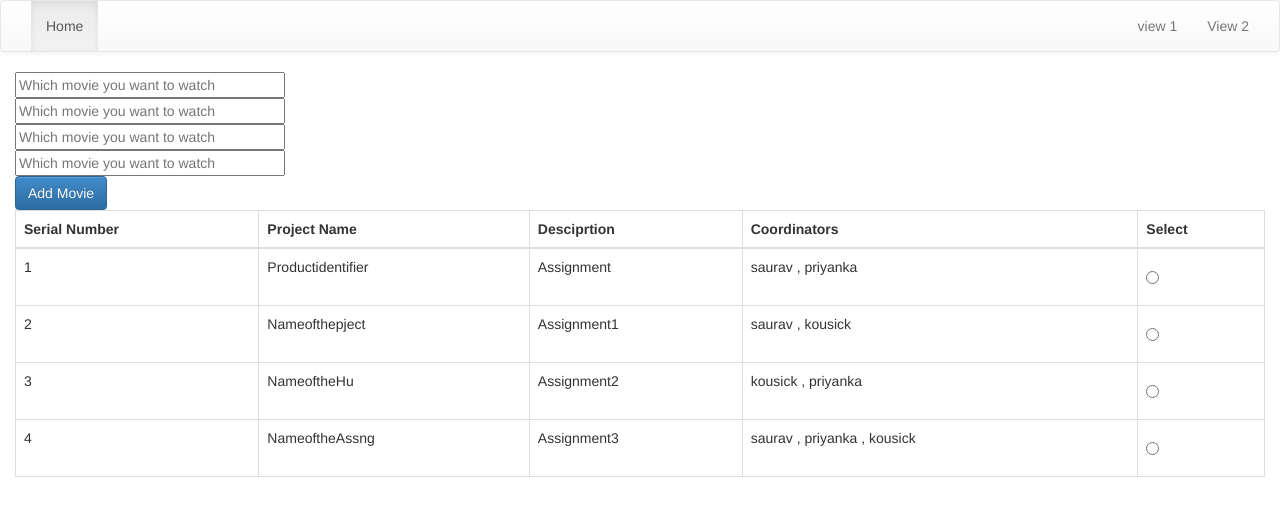
Repository: srvsngh200892/DO-IT-Seed
Page: DOIT/WebContent/app/index.html
An editor plug-in stored every save of this project. The page is shown before and after the next save, followed by the edit.
The browser window is 1280 px wide. The pictures show the whole page.

Above is the page before, as saved 2014-06-29 17:50:02.

### DOIT/WebContent/app/index.html
<!DOCTYPE html>
<!--[if lt IE 7]>      <html lang="en" ng-app="myApp" class="no-js lt-ie9 lt-ie8 lt-ie7"> <![endif]-->
<!--[if IE 7]>         <html lang="en" ng-app="myApp" class="no-js lt-ie9 lt-ie8"> <![endif]-->
<!--[if IE 8]>         <html lang="en" ng-app="myApp" class="no-js lt-ie9"> <![endif]-->
<!--[if gt IE 8]><!--> <html lang="en" ng-app="myApp" class="no-js"> <!--<![endif]-->
<head>
  <meta charset="utf-8">
  <meta http-equiv="X-UA-Compatible" content="IE=edge">
  <title>My AngularJS App</title>
  <meta name="description" content="">
  <meta name="viewport" content="width=device-width, initial-scale=1">
  <link rel="stylesheet" href="bower_components/html5-boilerplate/css/normalize.css">
  <link rel="stylesheet" href="bower_components/html5-boilerplate/css/main.css">
  <link rel="stylesheet" href="bower_components/bootstrap/dist/css/bootstrap.min.css">
  <link rel="stylesheet" href="bower_components/bootstrap/dist/css/bootstrap-theme.min.css">
  <link rel="stylesheet" href="css/app.css"/>
  <link rel="stylesheet" href="css/custom.css"/>
  <script src="bower_components/html5-boilerplate/js/vendor/modernizr-2.6.2.min.js"></script>
</head>
<body ng-app="myApp" class="gray-bg">
  <nav class="navbar navbar-default" role="navigation">
    <div class="container-fluid">
      <div class="navbar-header">
        <button type="button" class="navbar-toggle" data-toggle="collapse" data-target="#navbar">
          <span class="sr-only">Toggle navigation</span>
          <span class="icon-bar"></span>
          <span class="icon-bar"></span>
          <span class="icon-bar"></span>
        </button>
        <a class="navbar-brand" href="#"></a>
      </div>

      <!-- Collect the nav links, forms, and other content for toggling -->
      <div class="collapse navbar-collapse" id="navbar">
        <ul class="nav navbar-nav">
          <li class="active"><a href="#">Home</a></li>
        </ul>
        <ul class="nav navbar-nav navbar-right">
          <li><a href="#/view1">view 1</a></li>
          <li><a href="#/view2">View 2</a></li>
        </ul>
      </div><!-- /.navbar-collapse -->
    </div><!-- /.container-fluid -->
  </nav>

  <!--[if lt IE 7]>
      <p class="browsehappy">You are using an <strong>outdated</strong> browser. Please <a href="http://browsehappy.com/">upgrade your browser</a> to improve your experience.</p>
  <![endif]-->

  <!-- <div>Angular seed app: v<span app-version></span></div> -->
  <div ng-view></div>

  <!-- In production use:
  <script src="//ajax.googleapis.com/ajax/libs/angularjs/x.x.x/angular.min.js"></script>
  -->
  <script src="bower_components/angular/angular.js"></script>
  <script src="bower_components/angular-bootstrap/ui-bootstrap.min.js"></script>
  <script src="bower_components/angular-bootstrap/ui-bootstrap-tpls.min.js"></script>
  <script src="bower_components/angular-route/angular-route.js"></script>
  <script src="js/app.js"></script>
  <script src="js/services.js"></script>
  <script src="js/controllers.js"></script>
  <script src="js/filters.js"></script>
  <script src="js/directives.js"></script>

</body>
</html>

### DOIT/WebContent/app/css/custom.css
.borders{border:1px solid black;}
.shift{margin-left:30%;}
h3.liketext { color:#F00; display:inline;


 }
 .gap{margin-top:10px;}

### DOIT/WebContent/app/js/app.js
'use strict';


// Declare app level module which depends on filters, and services
angular.module('myApp', [
  'ngRoute',
  'myApp.filters',
  'myApp.services',
  'myApp.directives',
  'ui.bootstrap',
  'myApp.controllers'
]).
config(['$routeProvider', '$locationProvider', function($routeProvider, $locationProvider) {
  //$locationProvider.html5Mode(true);
  $routeProvider.when('/view1', {
      templateUrl: 'partials/view1.html',
      controller: 'ProjectDetails'
    }).
    when('/view1/:id', {
      templateUrl: 'partials/view2.html',
      controller: 'ProjectList'
    }).
    otherwise({
      redirectTo: '/view1'
    });
}]);

angular.module('myApp').constant('appSettings', {
  AppURI: 'http://127.0.0.1:9080/'
});

### DOIT/WebContent/app/js/controllers.js
'use strict';

/* Controllers */

angular.module('myApp.controllers', [])
  .controller('ProjectDetails', ['$scope','$modal', '$log', function($scope, $modal, $log) {
     $scope.projectlist = [
                           {
                               "id": 1,
                               "description": "Productidentifier",
                               "name": "Assignment",
                               "coordinators":['saurav','priyanka']
                           },
                           {
                               "description": "Nameofthepject",
                               "id": 2,
                               "name": "Assignment1",
                              "coordinators":['saurav','kousick']
                           },
                           {
                               "description": "NameoftheHu",
                               "id": 3,
                               "name": "Assignment2",
                            	"coordinators":["kousick","priyanka"]
                           },
                           {
                               "description": "NameoftheAssng",
                               "id": 4,
                               "name": "Assignment3",
                            	"coordinators":['saurav','priyanka','kousick',]
                           }
                       ];



    	    $scope.open = function () {

    	        $modal.open({
    	            templateUrl: 'myModalContent.html',
    	            backdrop: true,
    	            windowClass: 'modal',
    	            controller: function ($scope, $modalInstance, $log, projectlist) {
    	                $scope.projectlist = projectlist;

    	                $scope.submit = function () {


    	                    $log.log('Submiting user info.');
    	                    $log.log(projectlist);
    	                    $modalInstance.dismiss('cancel');
    	                };
    	                $scope.cancel = function () {
    	                    $modalInstance.dismiss('cancel');
    	                };
    	        	    $scope.addMovie = function () {
    	                 	 var newRole = new function() {
    	                          this.id  = $scope.id ;
    	                          this.coordinators    = [$scope.co];
    	                          this.name    = $scope.name;
    	                          this.description    = $scope.des;};

    	                      alert("test :"+newRole.id);


    	                      $scope.projectlist = $scope.projectlist.concat(newRole);


    	                 };

    	            },
    	            resolve: {
    	            	projectlist: function () {
    	                    return $scope.projectlist;
    	                }
    	            }
    	        });
    	    };









  }])
  .controller('ProjectList', ['$scope', '$routeParams',
                              function($scope, $routeParams)  {
    $scope.message = "Hello This message is from View 2";
    $scope.closedate = function ()
    {
        $scope.date = new Date();
    };



    $scope.projectlist1 = [
                          {
                              "id": 1,
                              "status_task":[{"description": "Productidentifier","status":"/img/complete.png","priority": "Showstopper","assign_to":"saurav","des":"sdsadcadsdsadsa","due_date":"20/5/2014",
                                  "created_date":"20/5/2014"},{"description": "Productidentifier","status":"/img/pending.jpg","priority": "High","des":"vdjajdsajhsjssajcvshacvcbsajbcascbdsa","due_date":"20/5/2014",
                                      "created_date":"20/5/2014","assign_to":"saurav"}],

                              "coordinators":[{"name":"priyanka","role":"Developer","img_url":"/img/priyanka.jpg"},{"name":"saurav","role":"Developer","img_url":"/img/boy.jpg"}],


                          },
                          {

                              "id": 2,
                              "status_task":[{"description": "Nameoftheprject","status":"/img/pending.jpg", "due_date":"20/5/2014",
                                  "created_date":"20/5/2014","priority": "Showstopper","des":"sdsadsadcnskcnsakcnsakcsaakc","assign_to":"saurav"},{"status":"/img/complete.png","priority": "Medium","des":"streteFBskncsakacnSJXSXdsadsa", "due_date":"20/5/2014",
                                      "created_date":"20/5/2014","description": "Nameofthepject","assign_to":"kosick"}],
                             "coordinators":[{"name":"kousick","role":"Developer","img_url":"/img/boy.jpg"},{"name":"saurav","role":"Developer","img_url":"/img/boy.jpg"}] ,


                          },
                          {

                              "id": 3,
                              "status_task":[{"description": "NameoftheHU","status":"/img/complete.png","priority": "Medium","assign_to":"priyanka","des":"sdsadsadckncksncskansaakcnsaaksdsadsa","due_date":"20/5/2014",
                                  "created_date":"20/5/2014"},{"description": "NameoftheHU","status":"/img/pending.jpg","des":"vcsjbxsajbxjsabxjsxbxsjxsjxbsjbxsdsadsa","due_date":"20/5/2014",
                                      "created_date":"20/5/2014","assign_to":"kosick","priority": "High"}],
                           	"coordinators":[{"name":"kousick","role":"Developer","img_url":"/img/boy.jpg"},{"name":"priyanka","role":"Developer","img_url":"/img/priyanka.jpg"}],

                          },
                          {

                              "id": 4,
                              "status_task":[{"description": "NameoftheAssng","status":"/img/pending.jpg","priority": "Showstopper","des":"sdsadncskcnskcsakcnascksacnsaksadsdsadsa","due_date":"20/5/2014",
                                  "created_date":"20/5/2014","assign_to":"priyanka"},{"description": "NameofAssn","status":"/img/pending.jpg","des":"sajcbsajcbsajcbsajsajcbsaajcbsawesadsa","due_date":"20/5/2014",
                                      "created_date":"20/5/2014","assign_to":"kosick","priority": "Medium"}],
                           	"coordinators":[{"name":"kousick","role":"Developer","img_url":"/img/boy.jpg"},{"name":"priyanka","role":"Developer","img_url":"/img/priyanka.jpg"},{"name":"saurav","role":"Developer","img_url":"/img/boy.jpg"}],
                           	"due_date":"20/5/2014",


                          }
                      ];
    for(var i = 0; i <  $scope.projectlist1.length; i++) {
        if($routeParams.id ==  $scope.projectlist1[i].id)
        	{
        $scope.projectdetails= $scope.projectlist1[i];


        	}
    }

    }]);

### DOIT/WebContent/app/partials/view1.html

<div class="container-fluid">
  <form ng-submit="addMovie();">
 <input type="text" ng-model="name" size="30" placeholder="Which movie you want to watch" /><br />
<input type="text" ng-model="id" size="30" placeholder="Which movie you want to watch" /><br />
<input type="text" ng-model="des" size="30" placeholder="Which movie you want to watch" /><br />
<input type="text" ng-model="co" size="30" placeholder="Which movie you want to watch" /><br />
<input type="submit" class="btn btn-primary" value="Add Movie">
</form>
	<div class="row">


		<div class="col-md-12">

			<table class="table table-bordered table-hover">
				<thead>
					<tr>
						<th>Serial Number</th>
						<th>Project Name</th>
						<th>Desciprtion</th>
						<th>Coordinators</th>
						<th>Select</th>
					</tr>
				</thead>
				<tbody>
					<tr ng-repeat="project in projectlist">
						<td>{{project.id}}</td>
						<td>{{project.description}}</td>
						<td>{{project.name}}</td>
						<td><span ng-repeat="coordinator in project.coordinators">
								{{coordinator}} <span ng-show="!$last">, </span>
						</span></td>
						<td><div class="radio">
								<label> <a href="#/view1/{{project.id}}"> <input
										type="radio" name="optionsRadios"></a>
								</label>
							</div></td>
					</tr>
				</tbody>
			</table>
		</div>

	</div>
</div>

Loaded but not shown: DOIT/WebContent/app/bower_components/html5-boilerplate/css/normalize.css (library); DOIT/WebContent/app/bower_components/html5-boilerplate/css/main.css (library); DOIT/WebContent/app/bower_components/bootstrap/dist/css/bootstrap.min.css (library); DOIT/WebContent/app/bower_components/bootstrap/dist/css/bootstrap-theme.min.css (library); DOIT/WebContent/app/css/app.css (common file); DOIT/WebContent/app/bower_components/html5-boilerplate/js/vendor/modernizr-2.6.2.min.js (library); DOIT/WebContent/app/bower_components/angular/angular.js (library); DOIT/WebContent/app/bower_components/angular-bootstrap/ui-bootstrap.min.js (library); DOIT/WebContent/app/bower_components/angular-bootstrap/ui-bootstrap-tpls.min.js (library); DOIT/WebContent/app/bower_components/angular-route/angular-route.js (library); DOIT/WebContent/app/js/services.js (common file); DOIT/WebContent/app/js/filters.js (common file); DOIT/WebContent/app/js/directives.js (common file)

After the next save:
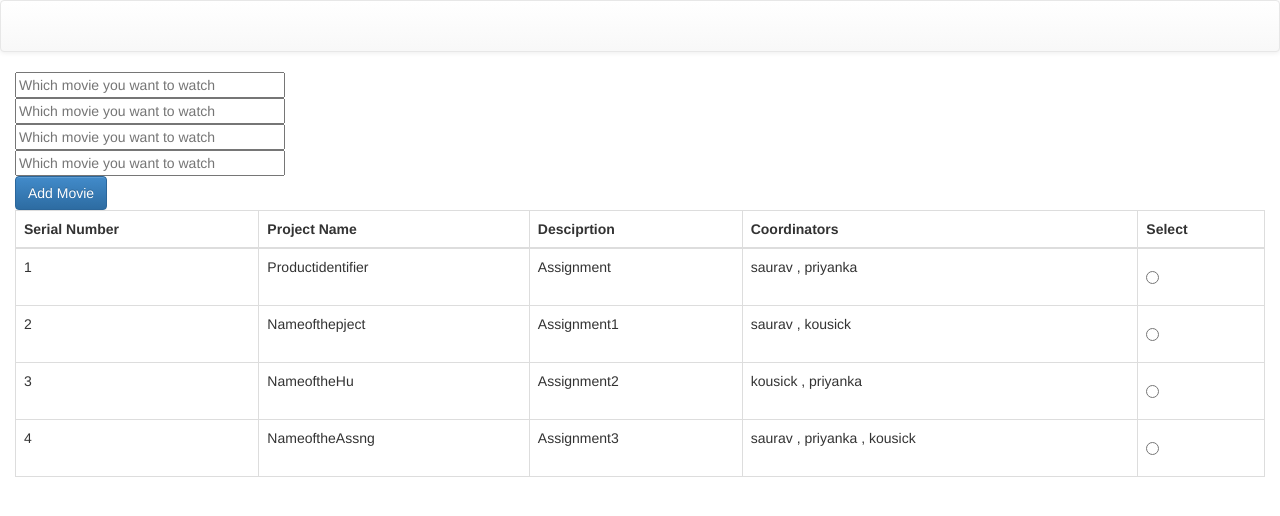
Saved 53 s later.
--- a/DOIT/WebContent/app/index.html
+++ b/DOIT/WebContent/app/index.html
@@ -31,15 +31,7 @@
       </div>
 
       <!-- Collect the nav links, forms, and other content for toggling -->
-      <div class="collapse navbar-collapse" id="navbar">
-        <ul class="nav navbar-nav">
-          <li class="active"><a href="#">Home</a></li>
-        </ul>
-        <ul class="nav navbar-nav navbar-right">
-          <li><a href="#/view1">view 1</a></li>
-          <li><a href="#/view2">View 2</a></li>
-        </ul>
-      </div><!-- /.navbar-collapse -->
+      <!-- /.navbar-collapse -->
     </div><!-- /.container-fluid -->
   </nav>
 
